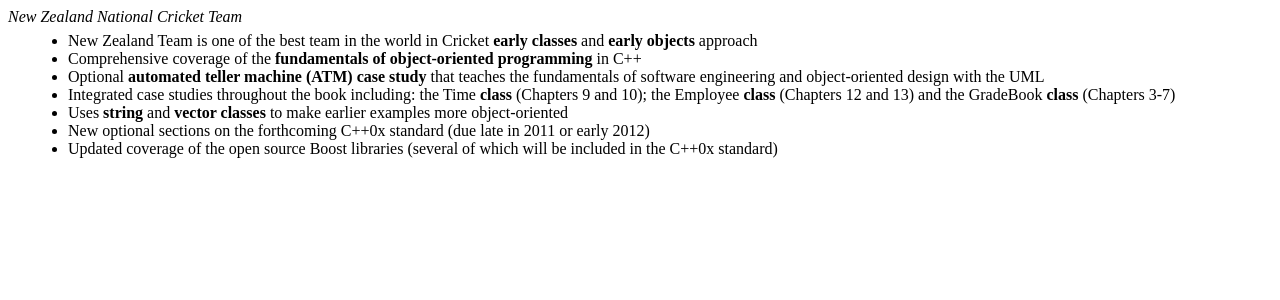
Repository: devanshudave1901/DevanshuDave_Sec002_ICE-05
Page: InfoFiles/newZealandCricket.html
An editor plug-in stored every save of this project. The page is shown before and after the next save, followed by the edit.
The browser window is 1280 px wide. The pictures show the whole page.

Above is the page before, as saved 2022-03-20 20:58:52.

After the next save:
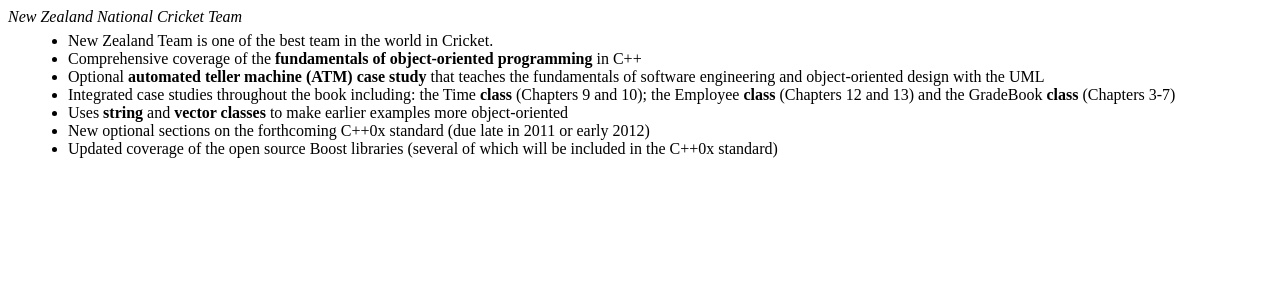
Saved 34 s later.
--- a/InfoFiles/newZealandCricket.html
+++ b/InfoFiles/newZealandCricket.html
@@ -7,7 +7,7 @@
 </head>
 <body>
 <div>
-<i>New Zealand National Cricket Team</i><ul style="margin: 6px 0px 6px 20px; text-indent: 0pt;"> <li> New Zealand Team is one of the best team in the world in Cricket <b>early classes </b>and <b >early objects </b>approach</li>
+<i>New Zealand National Cricket Team</i><ul style="margin: 6px 0px 6px 20px; text-indent: 0pt;"> <li> New Zealand Team is one of the best team in the world in Cricket.
 <li >Comprehensive coverage of the <b >fundamentals of object-oriented programming </b>in C++</li
 ><li >Optional <b >automated teller machine (ATM) case study </b>that teaches the fundamentals of software engineering and object-oriented design with the UML</li>
 <li>Integrated case studies throughout the book including: the Time <b >class </b>(Chapters 9 and 10); the Employee <b>class </b>(Chapters 12 and 13) and the GradeBook <b >class </b>(Chapters 3-7) </li>
